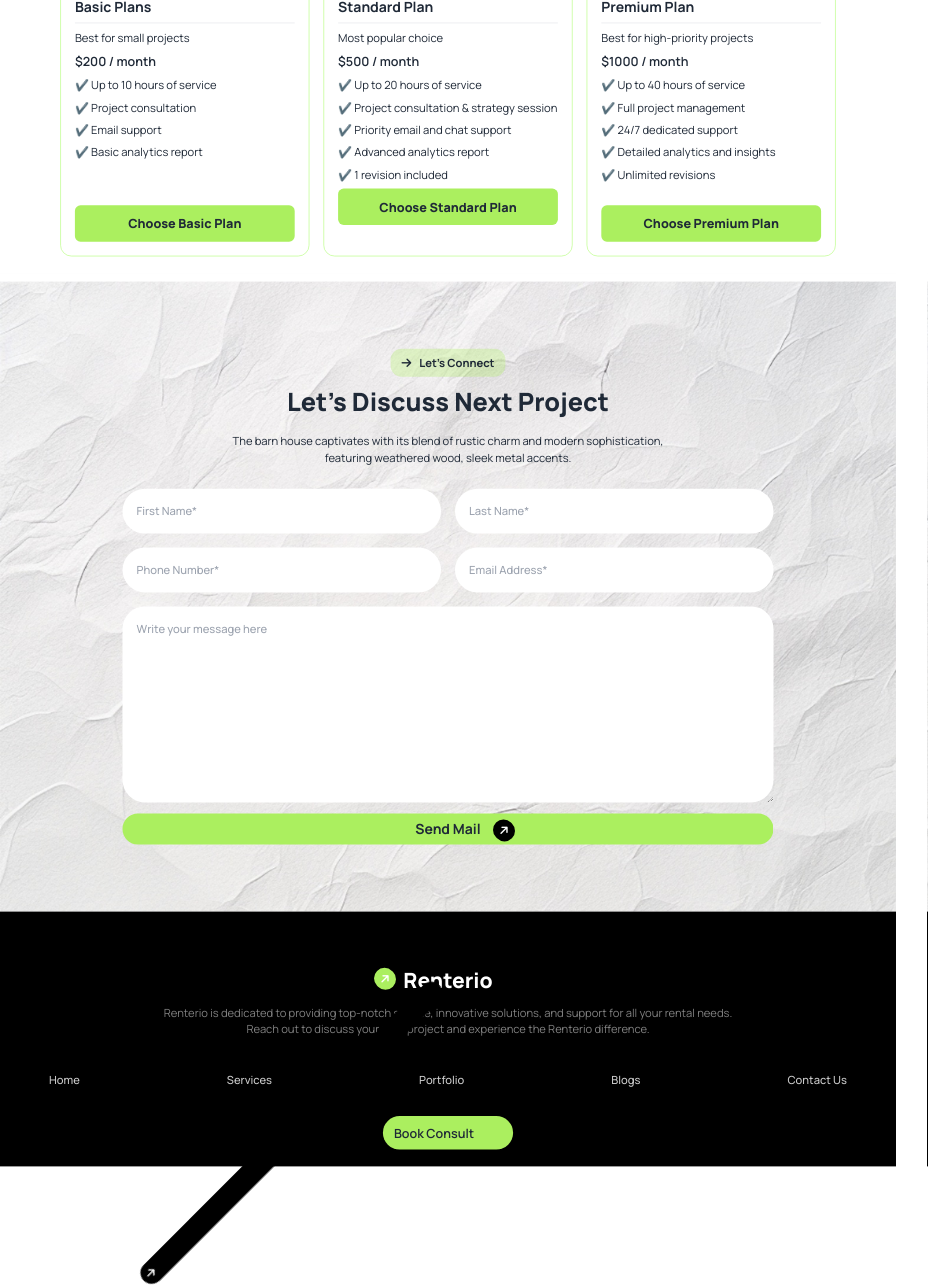
Repository: Tanvir4312/assignment-03
Page: index.html
These files come from the project's save history. The page is drawn as it stood at one moment and after the next save; the edit follows.
The browser window is 1280 px wide. The page is 1325 px wide, so the pictures cover 1325 px, including what lies to the right of the window. The pictures show the part of the page from y = 3356 to 5196 px (the page is 5196 px tall before and 5134 px after), at 70% of full size.
Some web libraries are served in a nearby version.

Above is the page before, as saved 2024-10-30 22:08:44.

### index.html
<!DOCTYPE html>
<html lang="en">

<head>
    <meta charset="UTF-8">
    <meta name="viewport" content="width=device-width, initial-scale=1.0">
    <title>Renterio</title>
    <link rel="stylesheet" href="styles/styles.css">
    <!-- DaisyUI -->
    <link href="https://cdn.jsdelivr.net/npm/daisyui@4.12.14/dist/full.min.css" rel="stylesheet" type="text/css" />
    <script src="https://cdn.tailwindcss.com"></script>
    <!-- Icon -->
    <link rel="stylesheet" href="https://cdnjs.cloudflare.com/ajax/libs/font-awesome/6.6.0/css/all.min.css"
        integrity="sha512-Kc323vGBEqzTmouAECnVceyQqyqdsSiqLQISBL29aUW4U/M7pSPA/gEUZQqv1cwx4OnYxTxve5UMg5GT6L4JJg=="
        crossorigin="anonymous" referrerpolicy="no-referrer" />

    <script>
        tailwind.config = {
            theme: {
                extend: {
                    colors: {
                        clifford: '#da373d',
                        bgBtnColor: '#ABEF5F',
                        btnTextAndWorksTextColor: '#1C1C1C',
                        mainColor: '#212121',
                        secondaryColor: '#494949',

                    }
                }
            }
        }
    </script>
</head>

<body class="manrope-font">
    <header>
        <!-- Navbar -->
        <nav class="container mx-auto">
            <div class="navbar relative py-14">
                <div class="navbar-start">
                    <div class="absolute right-0">
                        <div class="dropdown">
                            <div tabindex="0" role="button"
                                class="btn btn-ghost mr-2 lg:hidden border border-[rgba(233,233,233)] rounded-full bg-[#f9f8f8]">
                                <svg xmlns="http://www.w3.org/2000/svg" class="h-5 w-5" fill="none" viewBox="0 0 24 24"
                                    stroke="currentColor">
                                    <path stroke-linecap="round" stroke-linejoin="round" stroke-width="2"
                                        d="M4 6h16M4 12h8m-8 6h16" />
                                </svg>
                            </div>
                            <div class="absolute -left-20">
                                <ul tabindex=""
                                    class="menu menu-sm dropdown-content bg-base-100 rounded-box z-[1] p-2 shadow w-32">
                                    <li><a>Home</a></li>
                                    <li><a>Services</a></li>
                                    <li><a>Portfolio</a></li>
                                    <li><a>Blogs</a></li>
                                    <li><a>Contact Us</a></li>
                                </ul>
                            </div>
                        </div>
                    </div>
                    <i class="fa-solid fa-arrow-right -rotate-45 bg-bgBtnColor p-2 rounded-full	"></i>
                    <a class="btn btn-ghost font-extrabold text-3xl pl-2">Renterio</a>
                </div>
                <div class="navbar-center hidden lg:flex">
                    <ul class="menu menu-horizontal px-1">
                        <li><a class="font-extrabold">Home</a></li>
                        <li><a>Services</a></li>
                        <li><a>Portfolio</a></li>
                        <li><a>Blogs</a></li>
                        <li><a>Contact Us</a></li>
                    </ul>
                </div>

                <div class="navbar-end hidden md:block">
                    <div class="flex justify-end">
                        <div class="flex items-center gap-3 mr-2">
                            <div class="px-3 py-1 border border-[rgba(233,233,233)] rounded-full bg-[#f9f8f8]">
                                <i class="fa-solid fa-magnifying-glass"></i>
                            </div>
                            <div class="px-3 py-1 border border-[rgba(233,233,233)] rounded-full bg-[#f9f8f8]">
                                <i class="fa-solid fa-cart-shopping"></i>
                            </div>
                        </div>
                        <div class="relative ">
                            <button class="btn bg-bgBtnColor rounded-3xl pr-14 text-lg font-semibold">Book
                                Consult</button>
                            <i
                                class="fa-solid fa-arrow-right -rotate-45 bg-black text-white p-2 rounded-full absolute top-2 right-4 "></i>
                        </div>
                    </div>
                </div>
            </div>
        </nav>
        <!-- Banner -->
        <section class="banner text-center">
            <!-- Banner Image -->
            <div class="flex justify-center px-14">
                <img src="./assets/banner.png" alt="">
            </div>
            <!-- Banner Text -->
            <div class="mt-6">
                <h1 class="text-3xl md:text-6xl font-extrabold md:leading-[80px]">A barn house of this design
                    has a <br>striking appearance
                </h1>
                <p class="mt-6 mb-8 px-5">The barn house captivates with its blend of rustic charm and modern
                    sophistication,
                    featuring weathered wood, sleek metal <br> accents, and large windows that flood the space with
                    natural light.</p>
                <!-- Banner Button -->
                <div class="relative flex px-2 md:justify-center md:items-center">
                    <div class="w-full text-start md:text-center">
                        <button
                            class="btn border border-[rgba(171,239,95)] bg-[rgba(171,239,95,0.5)] rounded-3xl mainColor text-xl font-extrabold pr-14 l w-full md:w-52">View
                            Details</button>
                    </div>
                    <div>
                        <i
                            class="fa-solid fa-arrow-right -rotate-45 bg-bgBtnColor p-2 rounded-full absolute bottom-2 right-[590px]"></i>

                        <i
                            class="md:hidden absolute top-3 right-20 fa-solid fa-arrow-right -rotate-45 bg-bgBtnColor p-2 rounded-full"></i>
                    </div>
                </div>
            </div>
        </section>
    </header>

    <main class="bg-[#F4F4F4]">
        <!-- Commercial and Residential Section -->
        <section class="bg-[#F4F4F4] md:my-24 my-5 pt-7 pb-5 md:pb-20">
            <!-- Vector Image -->
            <img class="hidden md:block border-dashed border-2 border-slate-300 py-7 ml-9" src="./assets/Vector.png"
                alt="">
            <div class="md:w-[1140px] mx-auto grid md:grid-cols-2 grid-cols-1 gap-5 p-4 md:p-0">
                <div>
                    <!-- About Us Button -->
                    <div class="flex justify-center md:flex-col">
                        <div class="bg-white w-32 py-2 px-4 rounded-2xl">
                            <i class="fa-solid fa-arrow-right pr-2"></i>
                            <button class="font-bold">About Us</button>
                        </div>
                    </div>
                    <!-- Text -->
                    <div class="mt-4 md:text-start text-center">
                        <h1 class="text-2xl md:text-4xl font-bold mainColor mb-6">We design thoughtful, <br> liveable
                            spaces
                        </h1>
                        <p class="secondaryColor">The barn house captivates with its blend of rustic charm and
                            modern sophistication, featuring weathered wood, sleek metal accents.</p>
                    </div>

                    <div class="flex md:items-center gap-5 my-6 bg-white p-6 rounded-2xl">
                        <!-- Image -->
                        <div>
                            <img src="./assets/commercial.png" alt="">
                        </div>
                        <!-- Text -->
                        <div>
                            <h3 class="text-xl font-extrabold">Commercial</h3>
                            <p><small>The barn house captivates with its blend <br> of rustic charm and modern.</small>
                            </p>
                        </div>
                    </div>
                    <div class="flex md:items-center gap-5 bg-white p-6 rounded-2xl">
                        <!-- Image -->
                        <div>
                            <img src="./assets/residential.png" alt="">
                        </div>
                        <!-- Text -->
                        <div>
                            <h3 class="text-xl font-extrabold">Residential</h3>
                            <p><small>The barn house captivates with its blend <br> of rustic charm and modern.</small>
                            </p>
                        </div>
                    </div>

                </div>
                <!-- Image -->
                <div>
                    <img class="h-60 w-full md:h-[500px]" src="./assets/Rectangle.png" alt="">
                </div>
            </div>
        </section>
        <!-- Works Process section -->
        <section class="md:w-[1140px] mx-auto px-4 md:px-0 md:pb-24">
            <!-- Works Button -->
            <div class="flex justify-center">
                <div class="bg-white py-2 px-4 rounded-2xl">
                    <i class="fa-solid fa-arrow-right pr-2"></i>
                    <button class="font-bold">How We Works</button>
                </div>
            </div>
            <!-- Text -->
            <div class="text-center">
                <h1 class="py-4 md:py-6 text-2xl md:text-4xl font-bold">Our Works Process</h1>
                <p>The barn house captivates with its blend of rustic charm and modern sophistication, <br> featuring
                    weathered wood, sleek metal accents.</p>
            </div>
            <!-- Card -->
            <div class="card grid grid-cols-1 md:grid-cols-4 gap-4 my-8">
                <div class="bg-[rgba(231,193,211)] rounded-2xl p-5">
                    <img src="./assets/concept.png" alt="">
                    <h4 class="py-2 text-xl font-bold">Concept</h4>
                    <p>The barn house captivates with its blend of rustic charm and modern.</p>
                </div>
                <div class="bg-[rgba(239,218,110)] rounded-2xl p-5">
                    <img src="./assets/flow-chart.png" alt="">
                    <h4 class="py-2 text-xl font-bold">Design Process</h4>
                    <p>The barn house captivates with its blend of rustic charm and modern.</p>
                </div>
                <div class="bg-[rgba(164,218,195)] rounded-2xl p-5">
                    <img src="./assets/concept.png" alt="">
                    <h4 class="py-2 text-xl font-bold">Supervision</h4>
                    <p>The barn house captivates with its blend of rustic charm and modern.</p>
                </div>
                <div class="bg-[rgba(119,170,234)] rounded-2xl p-5">
                    <img src="./assets/concept.png" alt="">
                    <h4 class="py-2 text-xl font-bold">Budget Planning</h4>
                    <p>The barn house captivates with its blend of rustic charm and modern.</p>
                </div>
            </div>
        </section>
        <!-- Latest Portfolio Section -->
        <section class="md:bg-white">
            <div class=" md:w-[1140px] mx-auto py-6 px-4 md:pt-20">
                <!-- Latest Works Button -->
                <div class="flex justify-center">
                    <div class="bg-[rgba(171,239,95,0.2)] py-2 px-4 rounded-2xl">
                        <i class="fa-solid fa-arrow-right pr-2"></i>
                        <button class="font-bold">Explore our Latest works</button>
                    </div>
                </div>
                <!-- Text -->
                <div class="text-center">
                    <h1 class="pt-4 pb-6 md:text-4xl text-2xl font-bold">Our Latest Portfolio</h1>
                    <p>The barn house captivates with its blend of rustic charm and modern sophistication, <br>
                        featuring
                        weathered wood, sleek metal accents.</p>
                </div>
                <!-- Latest Portfolio Card First Row -->
                <div class="pt-8 grid grid-cols-1 md:grid-cols-3 gap-5">
                    <!-- First Card -->
                    <div class="md:col-span-2 rounded-2xl ">
                        <div class="md:flex gap-6 border border-[rgba(233,233,233)] rounded-2xl p-5 bg-white">
                            <img src="./assets/img1.png" alt="">
                            <div>
                                <h3 class="text-2xl font-extrabold">Commercial</h3>
                                <p class="pt-4 pb-6">The barn house captivates with its blend of rustic charm and
                                    modern. The barn house
                                    captivates with its blend of rustic charm and modern .</p>

                                <a class="text-xl font-extrabold pr-1" href="">View Details</a>
                                <i class="fa-solid fa-arrow-right -rotate-45 bg-bgBtnColor p-2 rounded-full	"></i>
                            </div>
                        </div>
                    </div>
                    <!-- Second Card -->
                    <div class="border border-[rgba(233,233,233)] rounded-2xl p-5 bg-white">
                        <img src="./assets/img2.png" alt="">
                    </div>

                </div>
                <!-- Latest Portfolio Card Second Row -->
                <div class="grid grid-cols-1 md:grid-cols-4 gap-5 mt-5">
                    <!-- First Card -->
                    <div class="border border-[rgba(233,233,233)] rounded-2xl p-5 bg-white">
                        <img class="h-full w-full" src="./assets/img3.png" alt="">
                    </div>
                    <!-- Second Card -->
                    <div class="md:col-span-2 rounded-2xl ">
                        <div class="md:flex gap-6 border border-[rgba(233,233,233)] rounded-2xl p-5 bg-white">
                            <img src="./assets/img4.png" alt="">
                            <div>
                                <h3 class="text-2xl font-extrabold">Commercial</h3>
                                <p class="pt-4 pb-6">The barn house captivates with its blend of rustic charm and
                                    modern.</p>

                                <a class="text-xl font-extrabold pr-1" href="">View Details</a>
                                <i class="fa-solid fa-arrow-right -rotate-45 bg-bgBtnColor p-2 rounded-full	"></i>
                            </div>
                        </div>
                    </div>
                    <!-- Third Card -->
                    <div class="border border-[rgba(233,233,233)] rounded-2xl p-5 bg-white">
                        <img class="h-full w-full" src="./assets/img5.png" alt="">
                    </div>

                </div>
            </div>
        </section>
        <!-- Perfect Plan Section -->
        <section class="md:bg-white">
            <div class="md:w-[1140px] mx-auto py-6 px-4 md:pt-20">
                <!-- Text -->
                <div class="text-center">
                    <h1 class="text-2xl md:text-4xl font-extrabold">Choose the Perfect Plan for Your Needs</h1>
                    <p class="py-5">Explore our flexible pricing plans designed to fit projects of all sizes, budgets,
                        and goals. Choose the perfect <br> option to bring your vision to life with Renterio.</p>
                </div>
                <p class="text-2xl font-bold pb-6">Pricing Plans</p>
                <!-- Cards -->
                <div class="grid grid-cols-1 md:grid-cols-3 gap-5">
                    <!-- Card-01 -->
                    <div class="border border-[#bdfe8b] p-5 rounded-2xl bg-white">
                        <div class="space-y-2">
                            <h3 class="text-xl font-bold">Basic Plans</h3>
                            <hr>
                            <p>Best for small projects</p>
                            <h5 class="text-lg font-semibold">$200 / month</h5>
                            <li class="list-none">✔️ Up to 10 hours of service</li>
                            <li class="list-none">✔️ Project consultation</li>
                            <li class="list-none">✔️ Email support</li>
                            <li class="list-none">✔️ Basic analytics report</li>
                        </div>

                        <button class="bg-bgBtnColor p-3 rounded-lg text-lg font-extrabold mt-16 w-full">Choose
                            Basic Plan</button>

                    </div>
                    <!-- Card-02 -->
                    <div class="border border-[#bdfe8b] p-5 rounded-2xl bg-white">
                        <div class="space-y-2">
                            <h3 class="text-xl font-bold">Standard Plan</h3>
                            <hr>
                            <p>Most popular choice</p>
                            <h5 class="text-lg font-semibold">$500 / month</h5>
                            <li class="list-none">✔️ Up to 20 hours of service</li>
                            <li class="list-none">✔️ Project consultation & strategy session</li>
                            <li class="list-none">✔️ Priority email and chat support</li>
                            <li class="list-none">✔️ Advanced analytics report</li>
                            <li class="list-none">✔️ 1 revision included</li>
                        </div>

                        <button class="bg-bgBtnColor p-3 rounded-lg text-lg font-extrabold mt-2 w-full">Choose Standard
                            Plan</button>

                    </div>
                    <!-- Card-03 -->
                    <div class="border border-[#bdfe8b] p-5 rounded-2xl bg-white">
                        <div class="space-y-2">
                            <h3 class="text-xl font-bold">Premium Plan</h3>
                            <hr>
                            <p>Best for high-priority projects</p>
                            <h5 class="text-lg font-semibold">$1000 / month</h5>
                            <li class="list-none">✔️ Up to 40 hours of service</li>
                            <li class="list-none">✔️ Full project management</li>
                            <li class="list-none">✔️ 24/7 dedicated support</li>
                            <li class="list-none">✔️ Detailed analytics and insights</li>
                            <li class="list-none">✔️ Unlimited revisions</li>
                        </div>

                        <button class="bg-bgBtnColor p-3 rounded-lg text-lg font-extrabold mt-8 w-full">Choose Premium
                            Plan</button>

                    </div>
                </div>
            </div>
        </section>
    </main>
    <!-- Next Project Section -->
    <section class="next-project mt-3">
        <div class=" md:w-[970px] mx-auto py-7 md:py-24 px-5">
            <!-- Button -->
            <div class="flex justify-center">
                <div class="bg-[rgba(171,239,95,0.3)] py-2 px-4 rounded-2xl">
                    <i class="fa-solid fa-arrow-right pr-2"></i>
                    <button class="font-bold">Let’s Connect</button>
                </div>
            </div>
            <!-- Text -->
            <div class="text-center">
                <h1 class="text-2xl md:text-4xl font-extrabold pt-4">Let’s Discuss Next Project</h1>
                <p class="pt-6 pb-8">The barn house captivates with its blend of rustic charm and modern sophistication,
                    <br> featuring weathered wood, sleek metal accents.
                </p>
            </div>
            <!-- Input Field -->
            <div class="grid grid-cols-1 md:grid-cols-2 gap-5">
                <input class="p-5 rounded-[64px]" type="text" name="" id="" placeholder="First Name*">
                <input class="p-5 rounded-[64px]" type="text" name="" id="" placeholder="Last Name*">
                <input class="p-5 rounded-[64px]" type="text" name="" id="" placeholder="Phone Number*">
                <input class="p-5 rounded-[64px]" type="text" name="" id="" placeholder="Email Address*">
                <textarea class="md:col-span-2 p-5 rounded-[32px]" name="" id="" cols="30" rows="10"
                    placeholder="Write your message here"></textarea>
            </div>
            <!-- Button -->
            <div class="relative">
                <button class="bg-bgBtnColor w-full text-xl font-bold py-2 rounded-[32px] mt-4">Send Mail</button>
                <i
                    class="fa-solid fa-arrow-right -rotate-45 bg-black text-white p-2 rounded-full md:absolute md:top-6 md:right-[370px] hidden md:block"></i>
                <i
                    class="fa-solid fa-arrow-right -rotate-45 bg-black text-white p-2 rounded-full absolute top-6 right-14 md:hidden"></i>
            </div>
        </div>
    </section>
    <!-- Footer Section -->
    <footer class="bg-black">
        <div class="md:w-[1140px] mx-auto py-6">
            <!-- Text -->
            <div class=" text-white">
                <!-- Footer Header -->
                <div class="relative">
                    <i
                        class="fa-solid fa-arrow-right -rotate-45 bg-bgBtnColor p-2 rounded-full	md:absolute md:top-14 md:left-[465px] absolute top-5 left-20"></i>

                    <h1 class="text-xl md:text-3xl font-extrabold pt-5 md:pt-14 text-center">Renterio</h1>
                </div>
                <!-- Footer Text -->
                <p class="pt-4 pb-7 px-5 md:pb-12 opacity-50 text-center">Renterio is dedicated to providing top-notch
                    service,
                    innovative solutions, and support for all your rental needs. <br> Reach out to discuss your next
                    project and experience the Renterio difference.</p>
            </div>
            <!-- Footer Anchor -->
            <div
                class="text-center md:text-start space-y-7 md:space-y-0 md:flex  md:justify-between text-white font-medium opacity-80">
                <p><a href="">Home</a></p>
                <p><a href="">Services</a></p>
                <p><a href="">Portfolio</a></p>
                <p><a href="">Blogs</a></p>
                <p><a href="">Contact Us</a></p>
            </div>
            <!-- Footer Button -->
            <div class="relative ">
                <div class="flex justify-center mt-10">
                    <button class="btn bg-bgBtnColor rounded-3xl pr-14 text-lg font-semibold border-none">Book
                        Consult</button>
                </div>
                <i
                    class="fa-solid fa-arrow-right -rotate-45 bg-black text-white p-2 rounded-full md:absolute md:top-2 md:right-[495px] absolute bottom-2 left-12"></i>
            </div>

        </div>
    </footer>
</body>

</html>

Loaded but not shown: styles/styles.css (20 lines, source omitted)

After the next save:
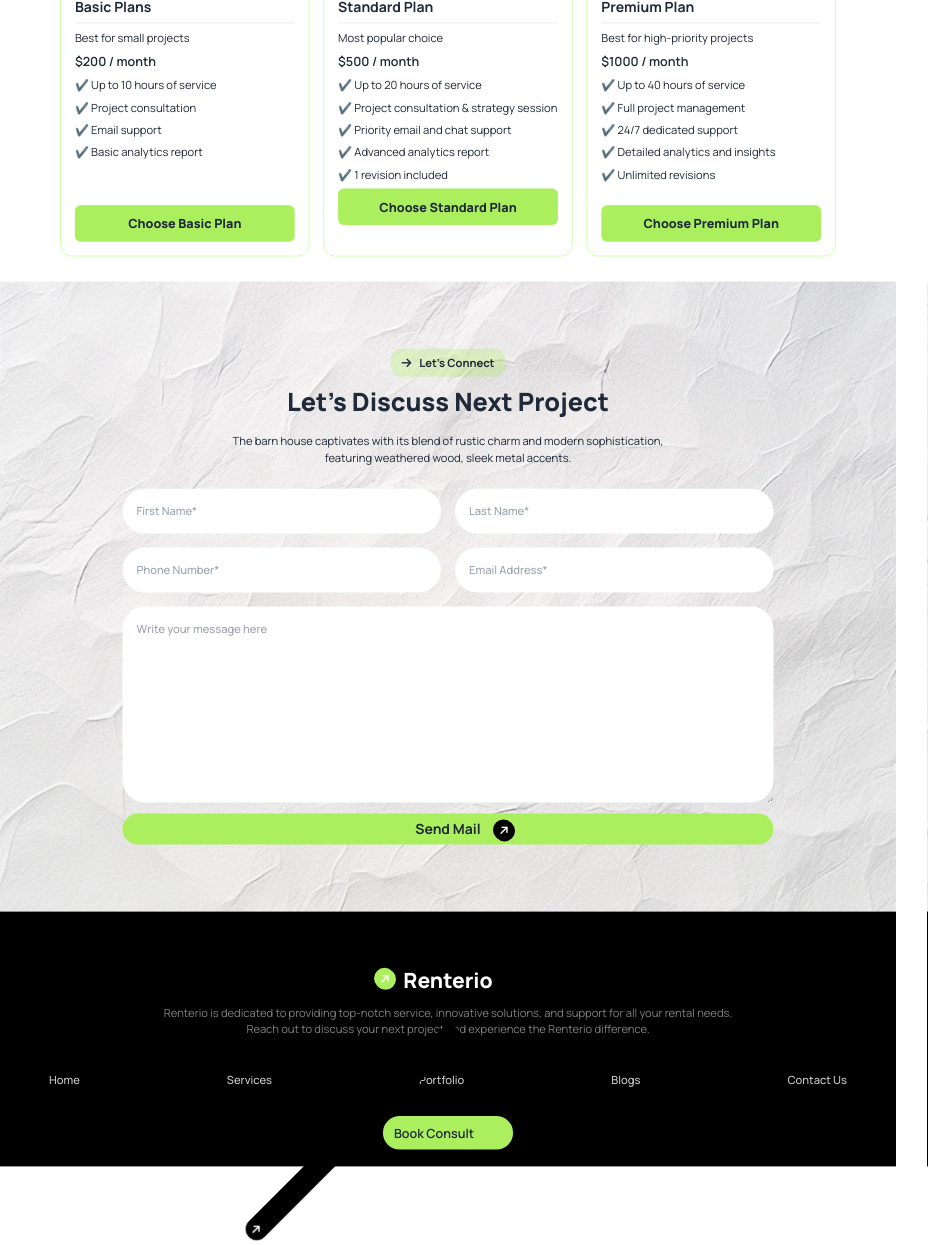
Saved 8 s later.
--- a/index.html
+++ b/index.html
@@ -429,7 +429,7 @@
                         Consult</button>
                 </div>
                 <i
-                    class="fa-solid fa-arrow-right -rotate-45 bg-black text-white p-2 rounded-full md:absolute md:top-2 md:right-[495px] absolute bottom-2 left-12"></i>
+                    class="fa-solid fa-arrow-right -rotate-45 bg-black text-white p-2 rounded-full md:absolute md:top-2 md:right-[495px] absolute bottom-2 left-56"></i>
             </div>
 
         </div>
